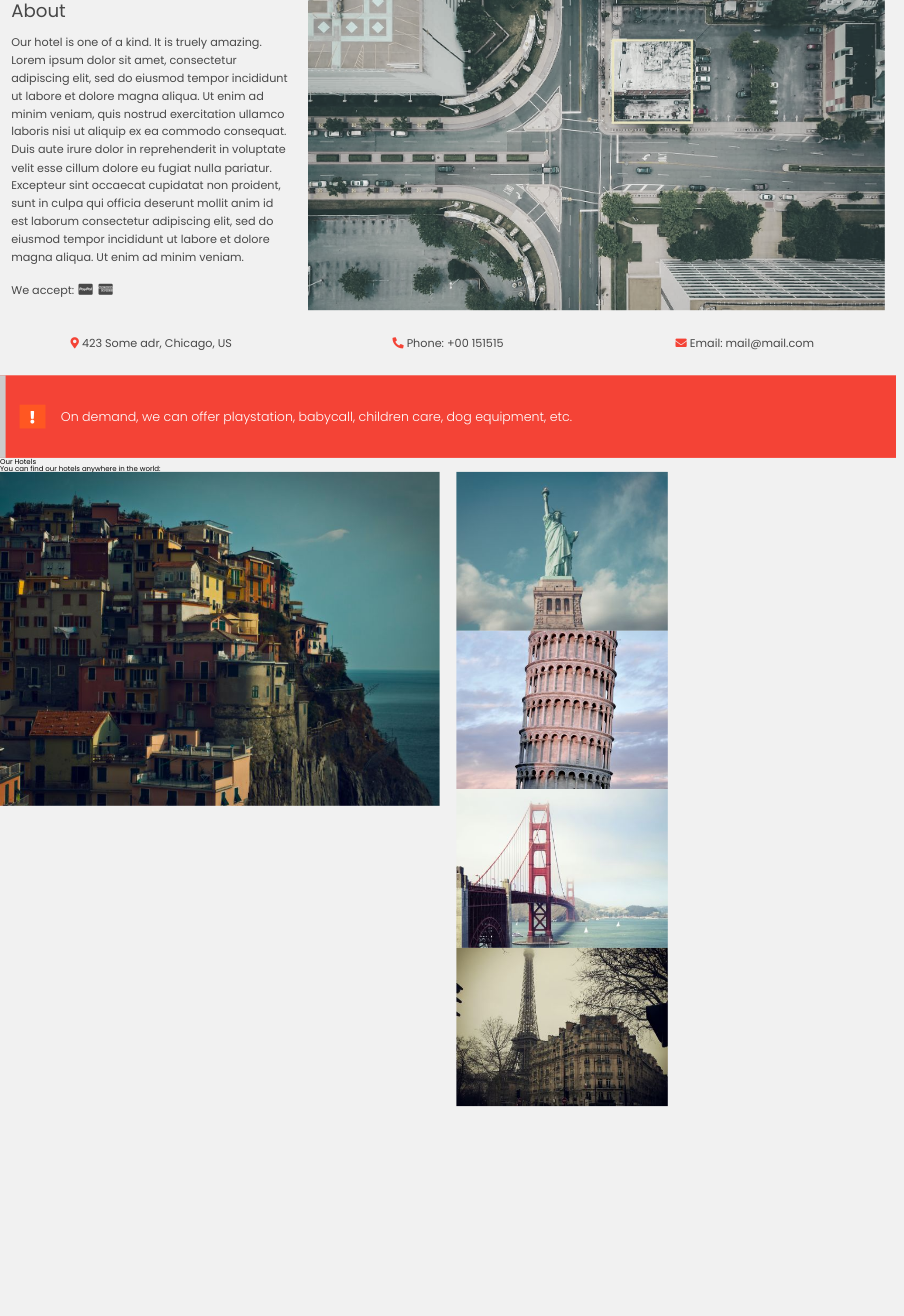
Repository: phamhuuloc/Travel_Template
Page: index.html
The author's editor kept a copy of each file at every save. The page is drawn from the files as they stood at one save, then again after the next save.
The browser window is 1280 px wide. The page is 1292 px wide, so the pictures cover 1292 px, including what lies to the right of the window. The pictures show the part of the page from y = 1573 to 3453 px (the page is 3453 px tall before and 3111 px after), at 70% of full size.
The style sheet was rebuilt from its Sass, Less or Tailwind sources for each picture, by a compiler version that may differ from the author's.

Above is the page before, as saved 2021-09-18 11:37:35.

After the next save:
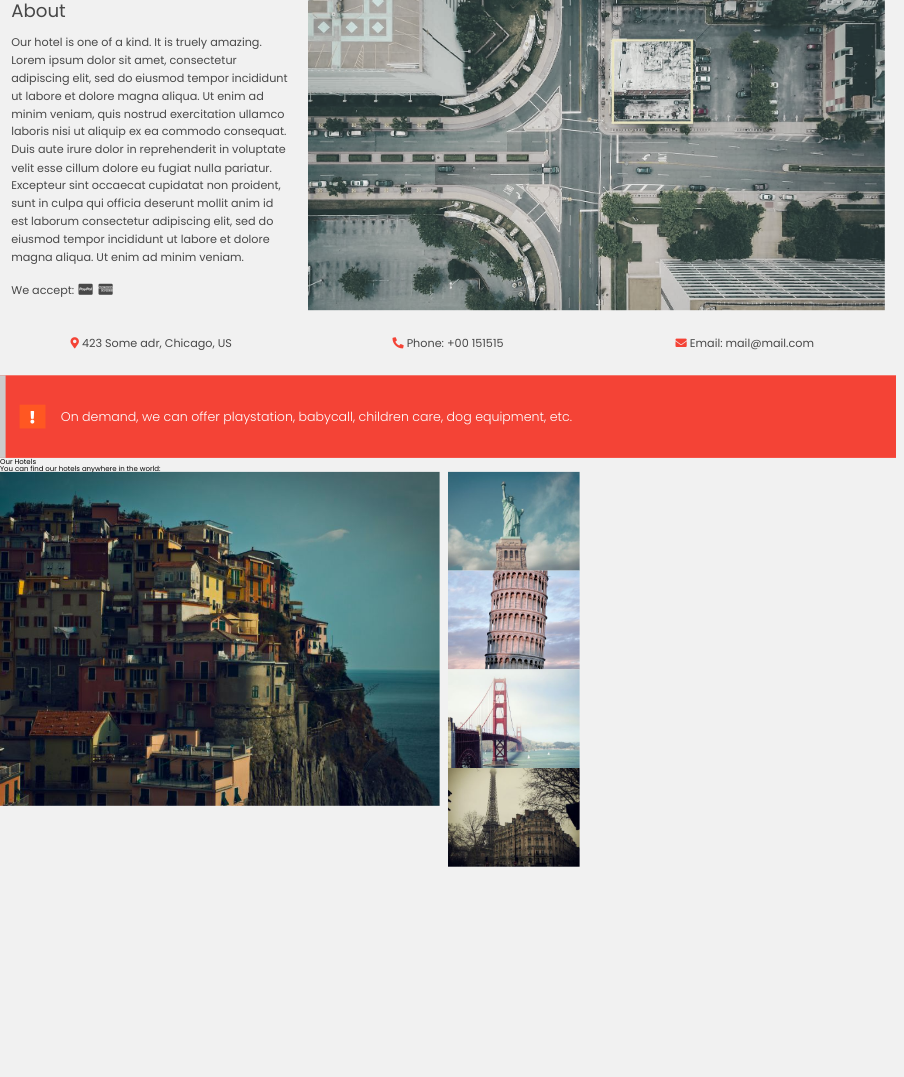
Saved 2 min 6 s later.
--- a/index.html
+++ b/index.html
@@ -299,7 +299,7 @@
             />
           </div>
           <div class="col l-6">
-            <div class="our-hotel__extend">
+            <div class="our-hotel__extend row">
               <div class="row">
                 <div class="col l-6">
                   <img src="./assets/img/newyork2.jpg" alt="" />

After the save that followed:
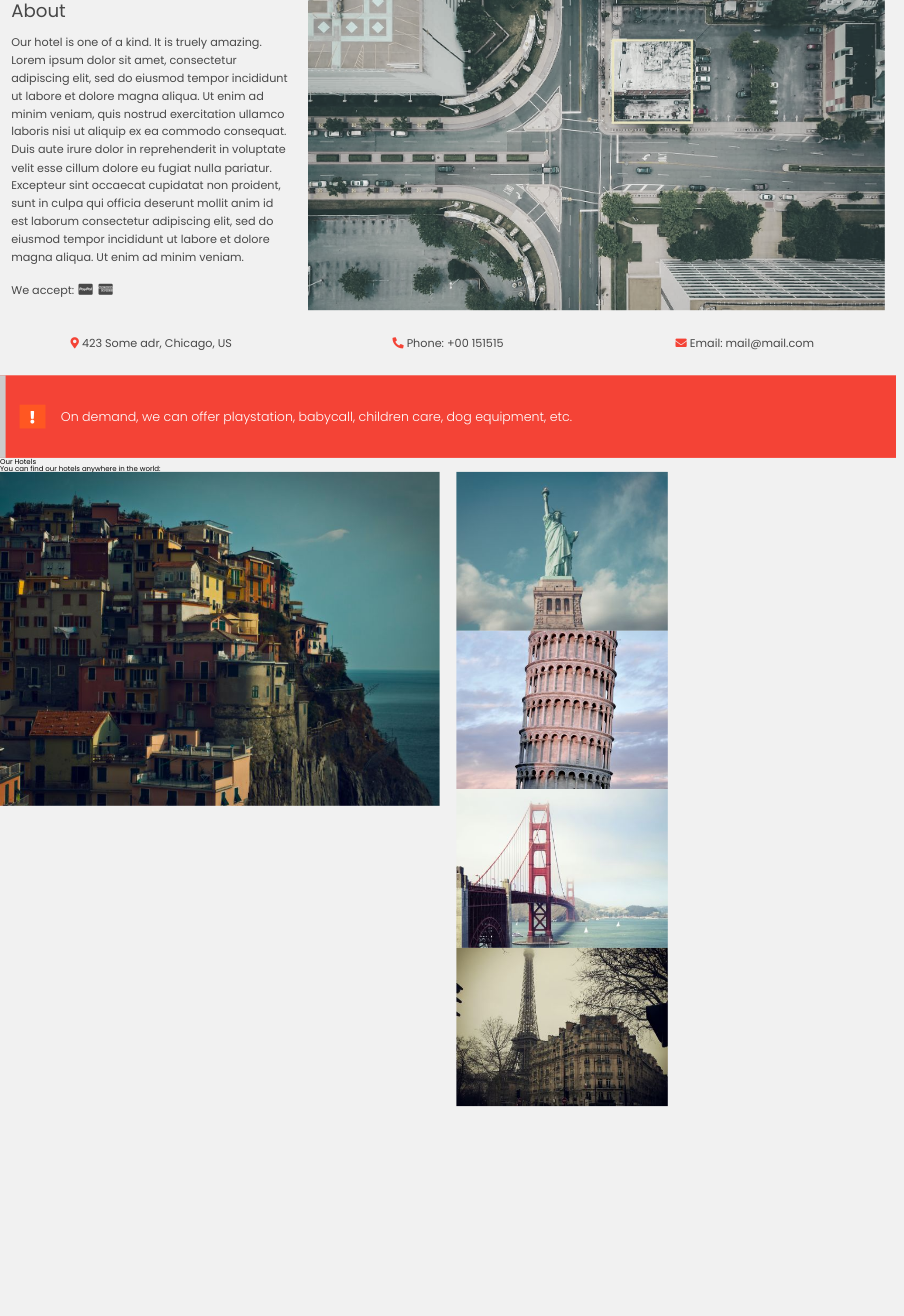
Saved 12 s later.
--- a/index.html
+++ b/index.html
@@ -299,7 +299,7 @@
             />
           </div>
           <div class="col l-6">
-            <div class="our-hotel__extend row">
+            <div class="our-hotel__extend">
               <div class="row">
                 <div class="col l-6">
                   <img src="./assets/img/newyork2.jpg" alt="" />
